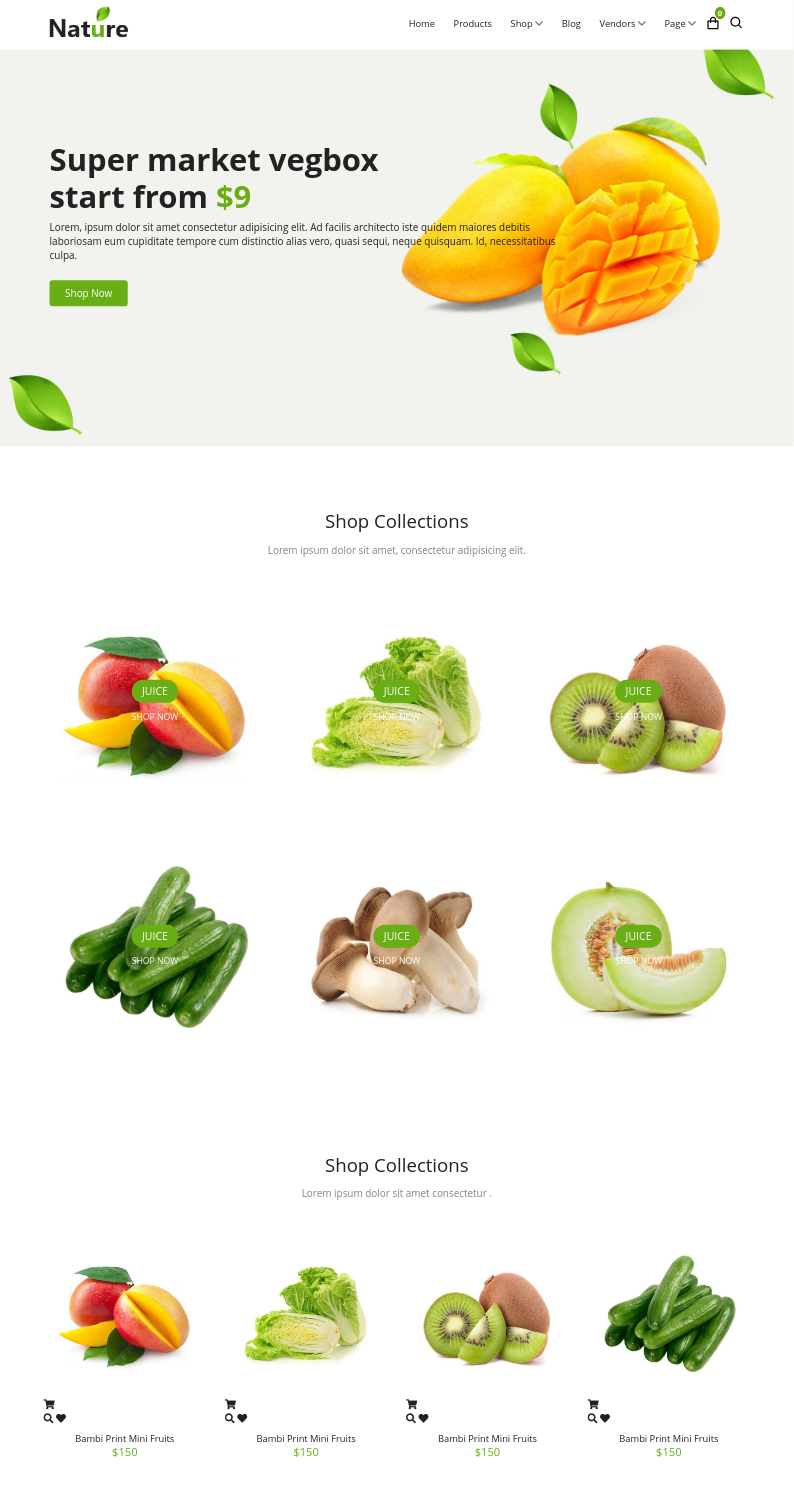
Repository: hoanggiainfomation/hoanggiainfomation.github.io
Page: index.html
The author's editor kept a copy of each file at every save. The page is drawn from the files as they stood at one save, then again after the next save.
The browser window is 1280 px wide. The pictures show the whole page, at 62% of full size.
Some web libraries are served in a nearby version.

Above is the page before, as saved 2021-08-17 21:18:45.

After the next save:
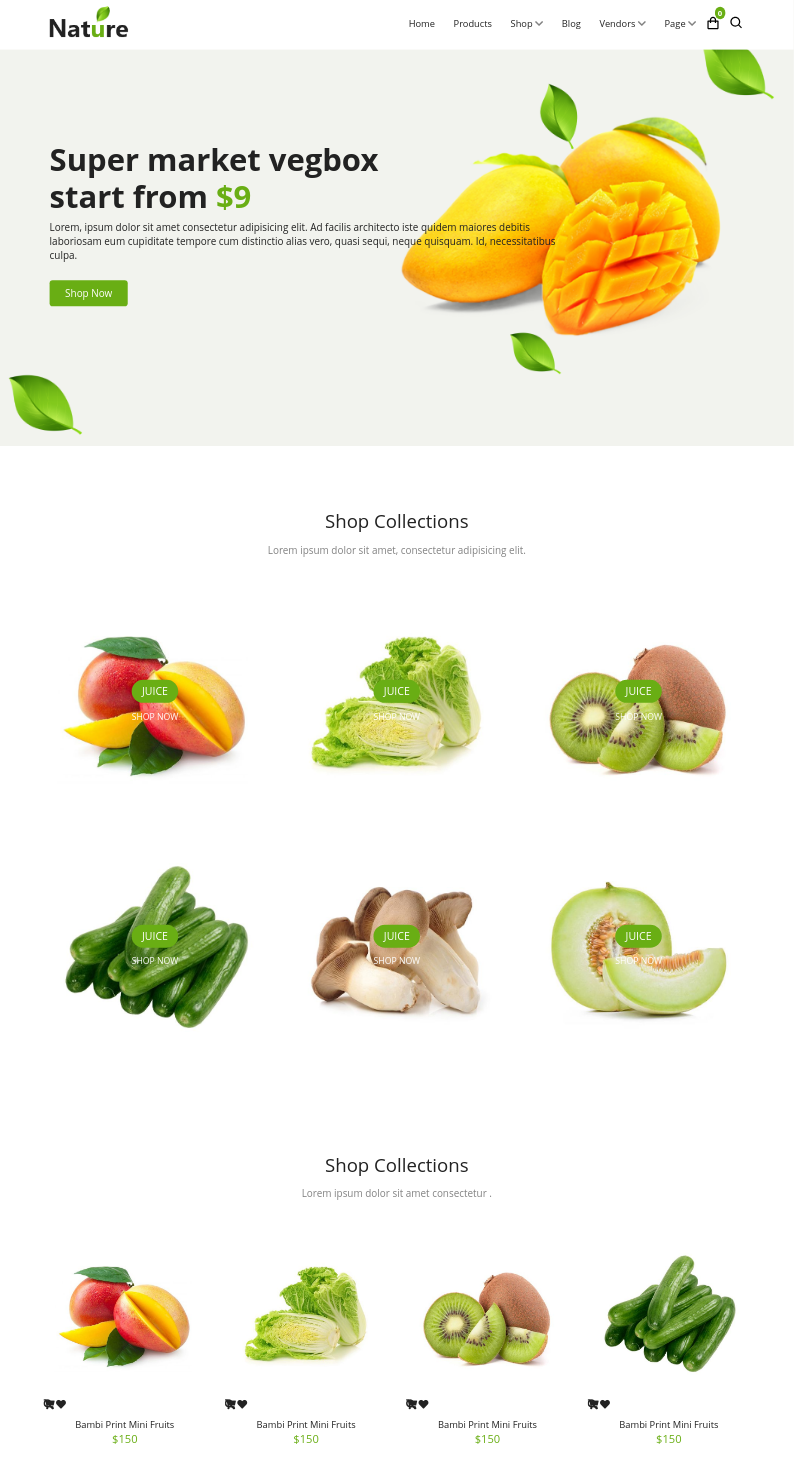
Saved 38 s later.
--- a/styles.css
+++ b/styles.css
@@ -675,3 +675,6 @@ section .title span {
   color: var(--grey2);
   text-decoration: line-through;
 }
+.product .addCart {
+  position: absolute;
+}
